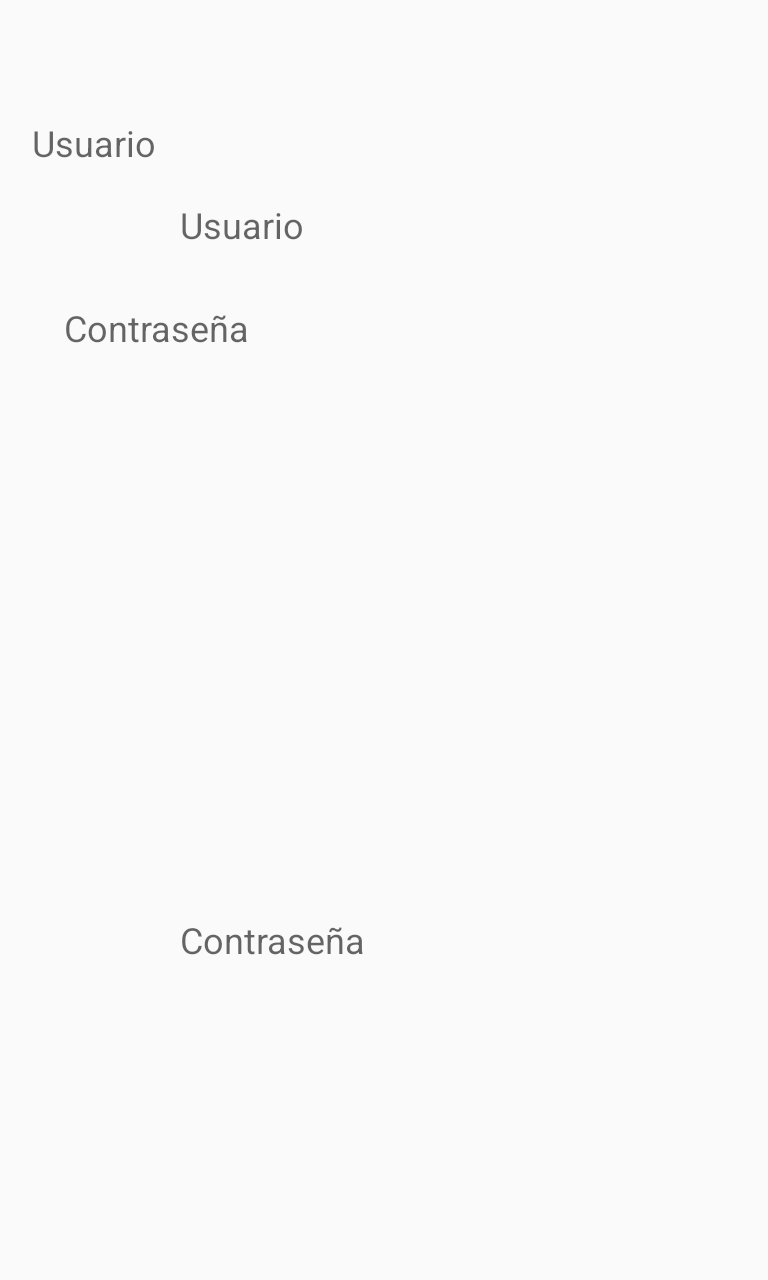
Repository: sempere-dani/pruebaGit
Layout: DobleVentanab/res/layout/activity_segunda.xml
The author's editor kept a copy of each file at every save. The layout is drawn from the files as they stood at one save, then again after the next save.
It is drawn on a 768 x 1280 px phone screen (xhdpi) without system bars, with theme AppTheme; the app's code is not run.

Above is the layout before, as saved 2014-10-02 11:54:15.

### DobleVentanab/res/layout/activity_segunda.xml
<RelativeLayout xmlns:android="http://schemas.android.com/apk/res/android"
    xmlns:tools="http://schemas.android.com/tools"
    android:layout_width="match_parent"
    android:layout_height="match_parent"
    android:paddingBottom="@dimen/activity_vertical_margin"
    android:paddingLeft="@dimen/activity_horizontal_margin"
    android:paddingRight="@dimen/activity_horizontal_margin"
    android:paddingTop="@dimen/activity_vertical_margin"
    tools:context="com.example.dobleventanab.SegundaActivity" >

    <TextView
        android:id="@+id/textUsuario"
        android:layout_width="wrap_content"
        android:layout_height="wrap_content"
        android:layout_alignParentLeft="true"
        android:layout_alignParentTop="true"
        android:layout_marginLeft="74dp"
        android:layout_marginTop="84dp"
        android:text="@string/Usuario"
        android:textAppearance="?android:attr/textAppearanceMedium" />

    <TextView
        android:id="@+id/textUsuario2"
        android:layout_width="wrap_content"
        android:layout_height="wrap_content"
        android:layout_alignRight="@+id/textView1"
        android:layout_below="@+id/textView1"
        android:layout_marginTop="43dp"
        android:text="@string/Usuario"
        android:textAppearance="?android:attr/textAppearanceMedium" />

    <TextView
        android:id="@+id/textPassword"
        android:layout_width="wrap_content"
        android:layout_height="wrap_content"
        android:layout_alignLeft="@+id/textUsuario"
        android:layout_alignParentBottom="true"
        android:layout_marginBottom="142dp"
        android:text="@string/Password"
        android:textAppearance="?android:attr/textAppearanceMedium" />

    <TextView
        android:id="@+id/textPassword2"
        android:layout_width="wrap_content"
        android:layout_height="wrap_content"
        android:layout_alignLeft="@+id/textUsuario2"
        android:layout_below="@+id/textUsuario"
        android:layout_marginLeft="16dp"
        android:layout_marginTop="27dp"
        android:text="@string/Password"
        android:textAppearance="?android:attr/textAppearanceMedium" />

</RelativeLayout>

### DobleVentanab/res/values/strings.xml
<?xml version="1.0" encoding="utf-8"?>
<resources>

    <string name="app_name">DobleVentanab</string>
    <string name="hello_world">Hello world!</string>
    <string name="action_settings">Settings</string>
    <string name="Usuario">Usuario</string>
    <string name="Password">Contraseña</string>
    <string name="title_activity_segunda">SegundaActivity</string>
    <string name="buttonComprobar">Comprobar</string>

</resources>

Loaded but not shown: DobleVentanab/res/values/styles.xml (common file); DobleVentanab/res/values-v11/styles.xml (common file); DobleVentanab/res/values-v14/styles.xml (common file); DobleVentanab/res/values/dimens.xml (common file); DobleVentanab/res/values-w820dp/dimens.xml (common file)

After the next save:
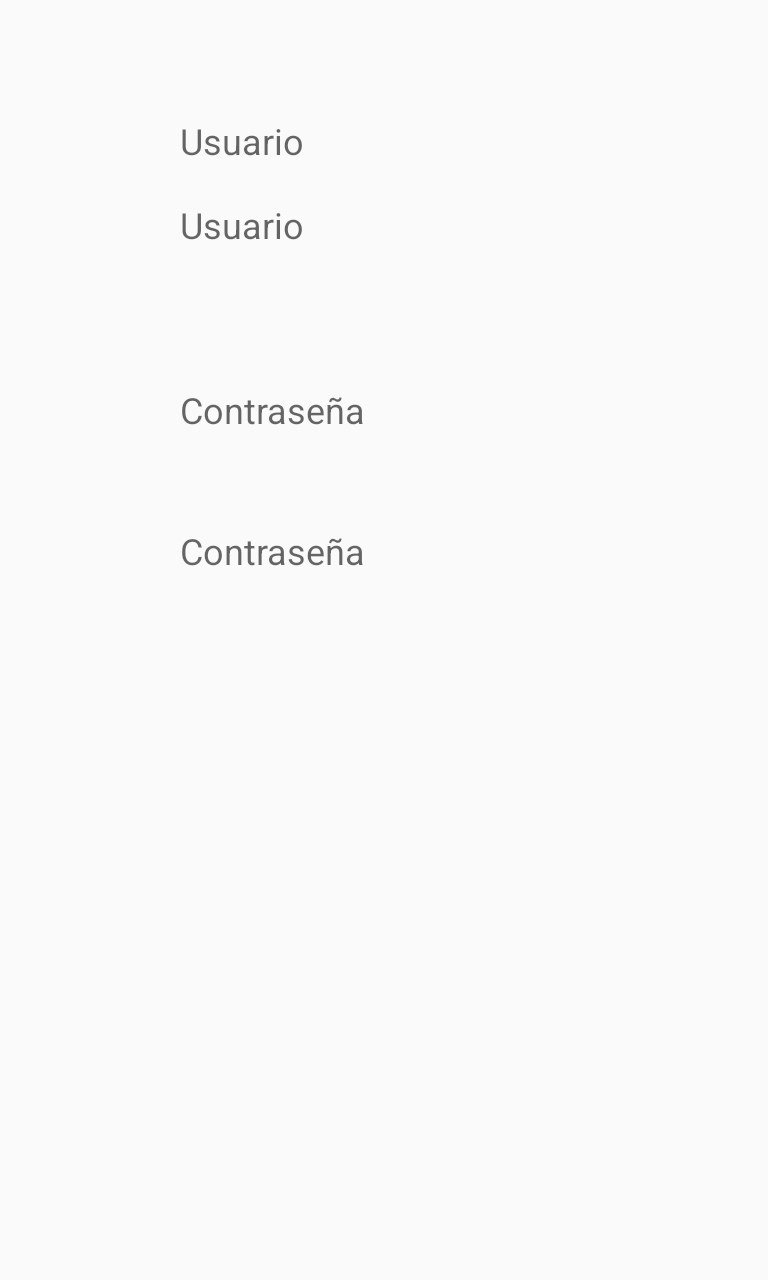
Saved 8 h 22 min later.
--- a/DobleVentanab/res/layout/activity_segunda.xml
+++ b/DobleVentanab/res/layout/activity_segunda.xml
@@ -23,10 +23,20 @@
         android:id="@+id/textUsuario2"
         android:layout_width="wrap_content"
         android:layout_height="wrap_content"
-        android:layout_alignRight="@+id/textView1"
-        android:layout_below="@+id/textView1"
-        android:layout_marginTop="43dp"
+        android:layout_alignBottom="@+id/textUsuario"
+        android:layout_alignLeft="@+id/textUsuario"
+        android:layout_marginBottom="42dp"
         android:text="@string/Usuario"
+        android:textAppearance="?android:attr/textAppearanceMedium" />
+
+    <TextView
+        android:id="@+id/textPassword2"
+        android:layout_width="wrap_content"
+        android:layout_height="wrap_content"
+        android:layout_alignLeft="@+id/textUsuario"
+        android:layout_below="@+id/textPassword"
+        android:layout_marginTop="46dp"
+        android:text="@string/Password"
         android:textAppearance="?android:attr/textAppearanceMedium" />
 
     <TextView
@@ -34,19 +44,8 @@
         android:layout_width="wrap_content"
         android:layout_height="wrap_content"
         android:layout_alignLeft="@+id/textUsuario"
-        android:layout_alignParentBottom="true"
-        android:layout_marginBottom="142dp"
-        android:text="@string/Password"
-        android:textAppearance="?android:attr/textAppearanceMedium" />
-
-    <TextView
-        android:id="@+id/textPassword2"
-        android:layout_width="wrap_content"
-        android:layout_height="wrap_content"
-        android:layout_alignLeft="@+id/textUsuario2"
         android:layout_below="@+id/textUsuario"
-        android:layout_marginLeft="16dp"
-        android:layout_marginTop="27dp"
+        android:layout_marginTop="68dp"
         android:text="@string/Password"
         android:textAppearance="?android:attr/textAppearanceMedium" />
 
